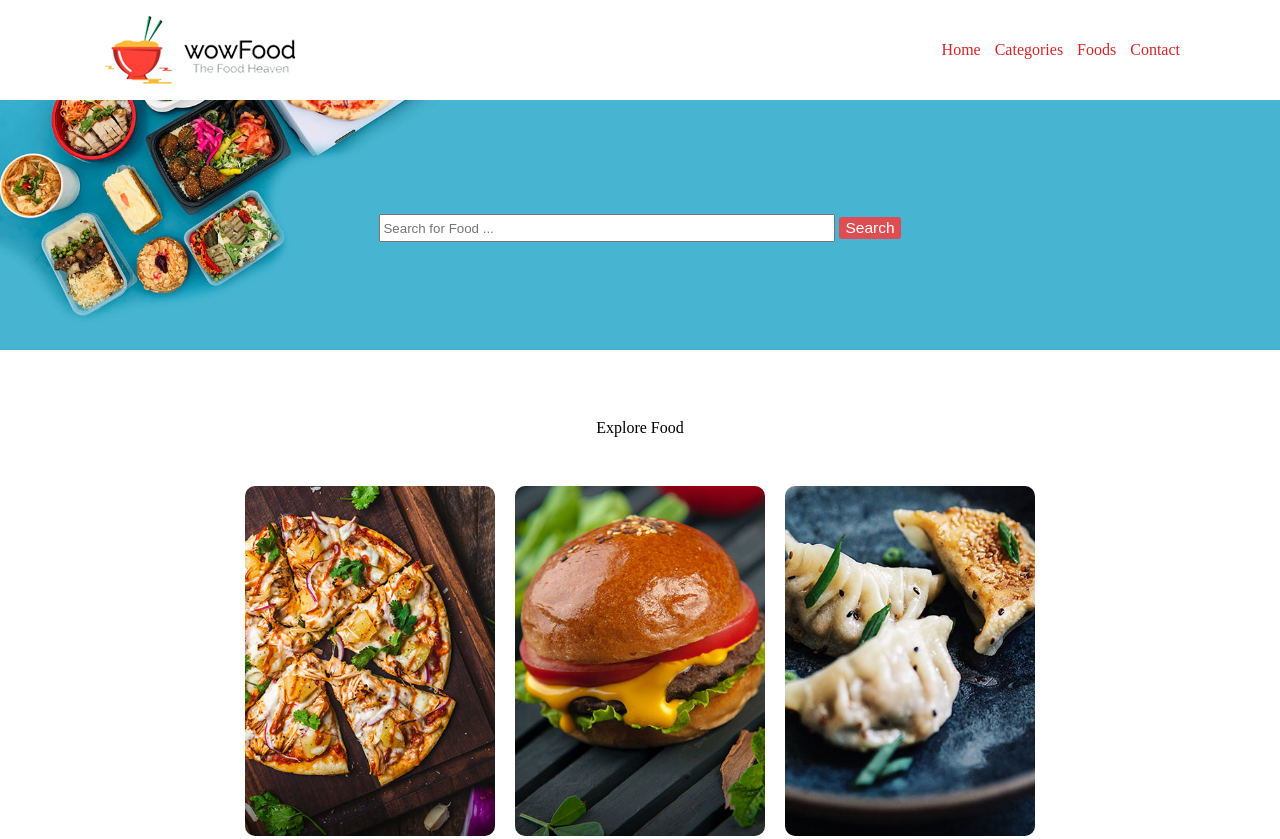
Repository: ruaruababa/WowFood
Page: index.html
An editor plug-in stored every save of this project. The page is shown before and after the next save, followed by the edit.
The browser window is 1280 px wide. The pictures show the whole page.

Above is the page before, as saved 2021-09-17 23:26:30.

After the next save:
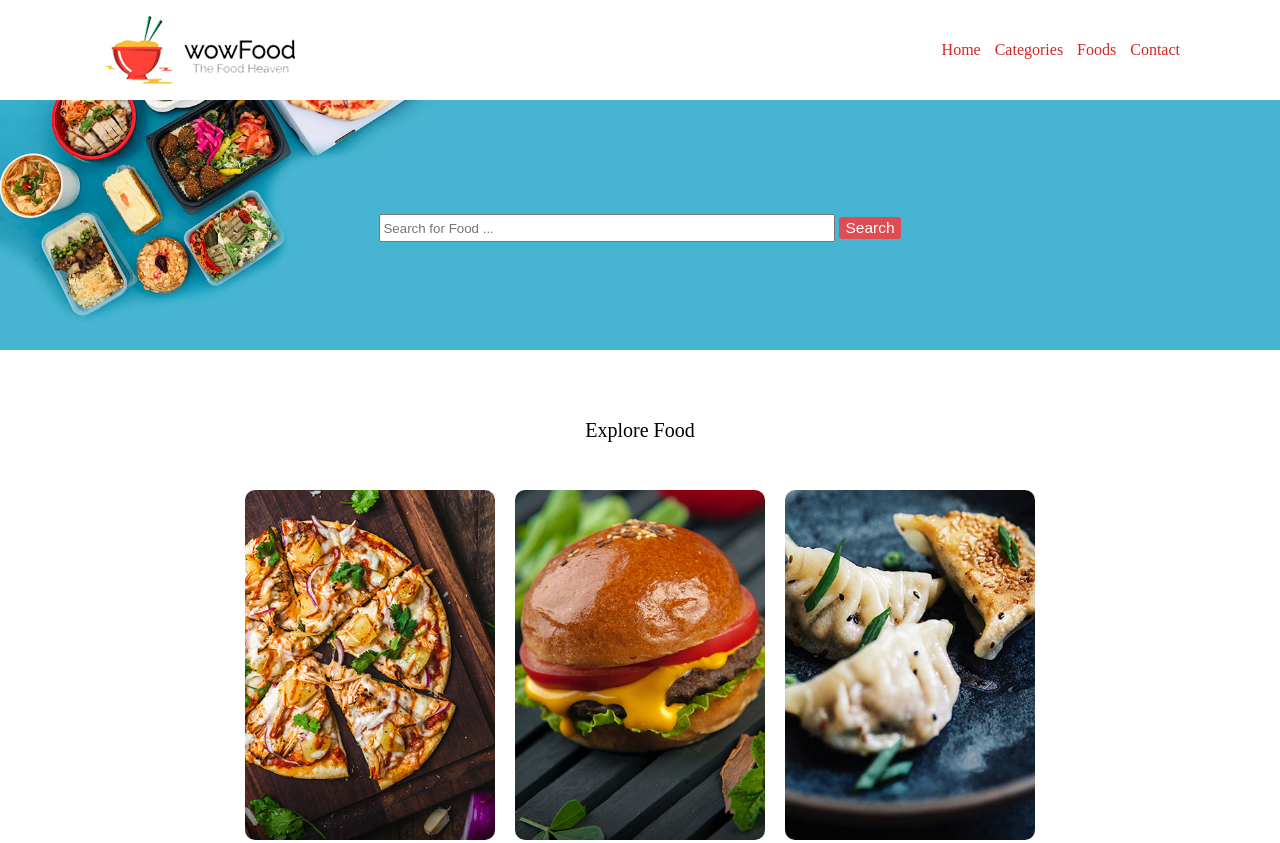
Saved 9 s later.
--- a/style.css
+++ b/style.css
@@ -72,6 +72,7 @@ section{
 }
 .explore-food{
     text-align: center;
+    font-size: 20px;
 }
 .list-food{
     margin-top: 50px;
